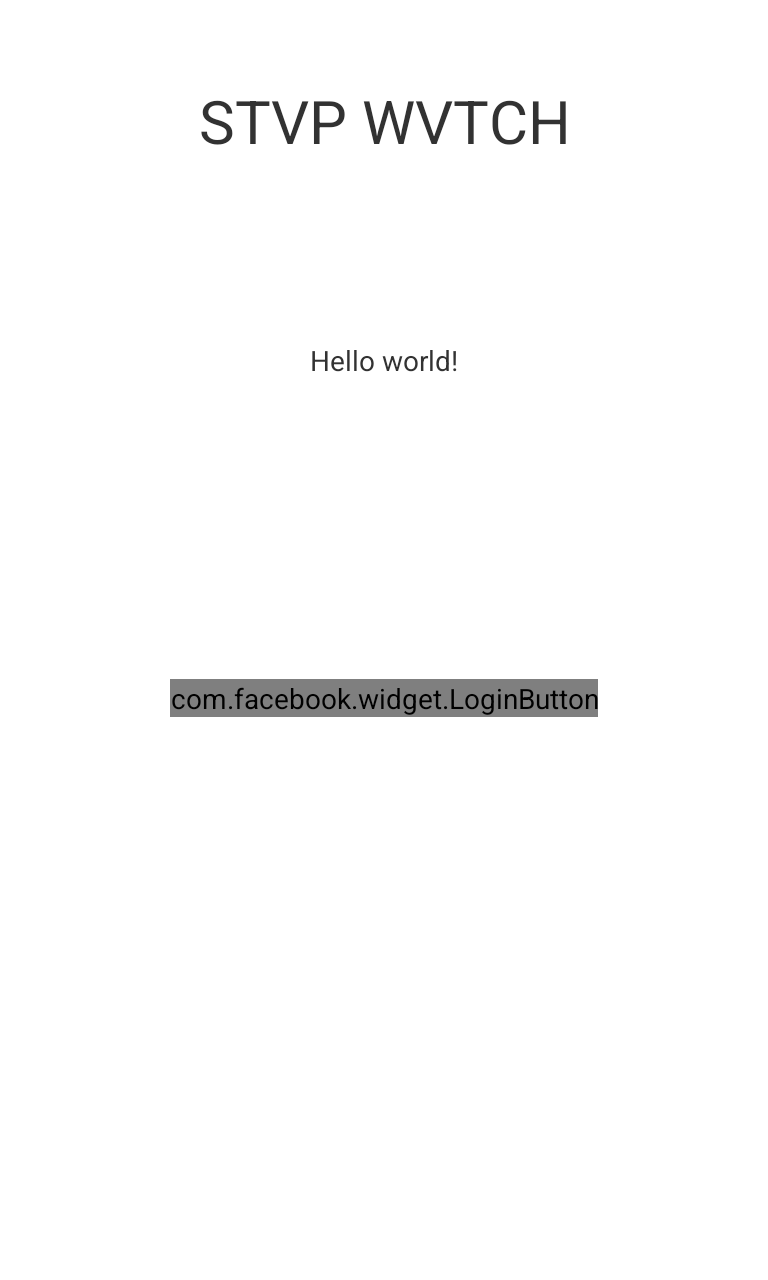
Repository: albertowusuasare/CustomStopWatch
Layout: CustomStopWatch/res/layout/activity_main.xml
The author's editor kept a copy of each file at every save. The layout is drawn from the files as they stood at one save, then again after the next save.
Pictures or frames that could not be fetched are drawn as grey boxes. It is drawn on a 768 x 1280 px phone screen (xhdpi) without system bars, with theme AppTheme; the app's code is not run.

Above is the layout before, as saved 2014-09-19 23:42:24.

### CustomStopWatch/res/layout/activity_main.xml
<LinearLayout xmlns:android="http://schemas.android.com/apk/res/android"
    xmlns:tools="http://schemas.android.com/tools"
    android:layout_width="match_parent"
    android:layout_height="match_parent"
    android:orientation="vertical"
    tools:context="com.example.customstopwatch.MainActivity" >

    <TextView
        android:id="@+id/StartUpText"
        android:layout_width="wrap_content"
        android:layout_height="wrap_content"
         android:layout_marginTop="40dp"
         android:gravity="center"
         android:layout_gravity="center"
        android:text="@string/AppName"
        android:textSize="30sp" />

    <TextView
        android:id="@+id/welcome"
        android:layout_width="wrap_content"
        android:layout_height="wrap_content"
        android:layout_marginTop="90dp"
        android:layout_gravity="center"
        android:text="@string/hello_world" />

    <com.facebook.widget.LoginButton
        android:id="@+id/authButton"
        android:layout_width="wrap_content"
        android:layout_height="wrap_content"
        android:layout_gravity="center_horizontal"
        android:layout_marginTop="150dp"
        />

</LinearLayout>

### CustomStopWatch/res/values/strings.xml
<?xml version="1.0" encoding="utf-8"?>
<resources>

    <string name="app_name">CustomStopWatch</string>
    <string name="hello_world">Hello world!</string>
    <string name="action_settings">Settings</string>
    <string name="app_id">520107024800743</string>
    <string name="AppName">STVP WVTCH</string>

</resources>

Loaded but not shown: CustomStopWatch/res/values/styles.xml (common file); CustomStopWatch/res/values-v11/styles.xml (common file); CustomStopWatch/res/values-v14/styles.xml (common file)

After the next save:
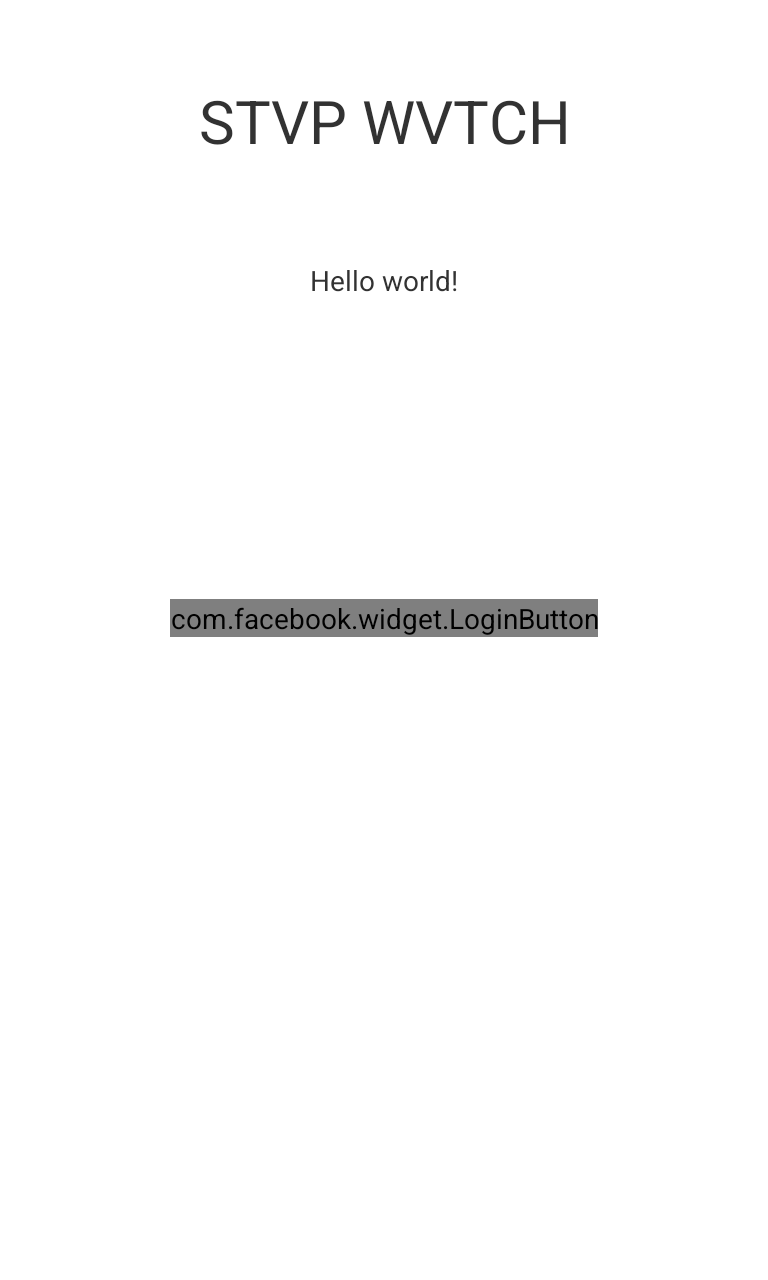
Saved 14 s later.
--- a/CustomStopWatch/res/layout/activity_main.xml
+++ b/CustomStopWatch/res/layout/activity_main.xml
@@ -19,7 +19,7 @@
         android:id="@+id/welcome"
         android:layout_width="wrap_content"
         android:layout_height="wrap_content"
-        android:layout_marginTop="90dp"
+        android:layout_marginTop="50dp"
         android:layout_gravity="center"
         android:text="@string/hello_world" />
 
